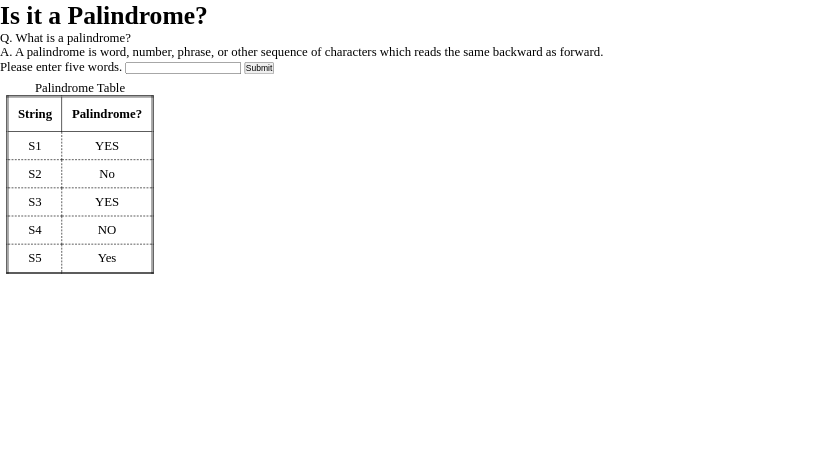
Repository: mlmEFSC21/P18-Palindrome-Table
Page: palindrome.html
These files come from the project's save history. The page is drawn as it stood at one moment and after the next save; the edit follows.
The browser window is 1280 px wide. The pictures show the whole page, at 64% of full size.

Above is the page before, as saved 2022-04-03 17:39:05.

After the next save:
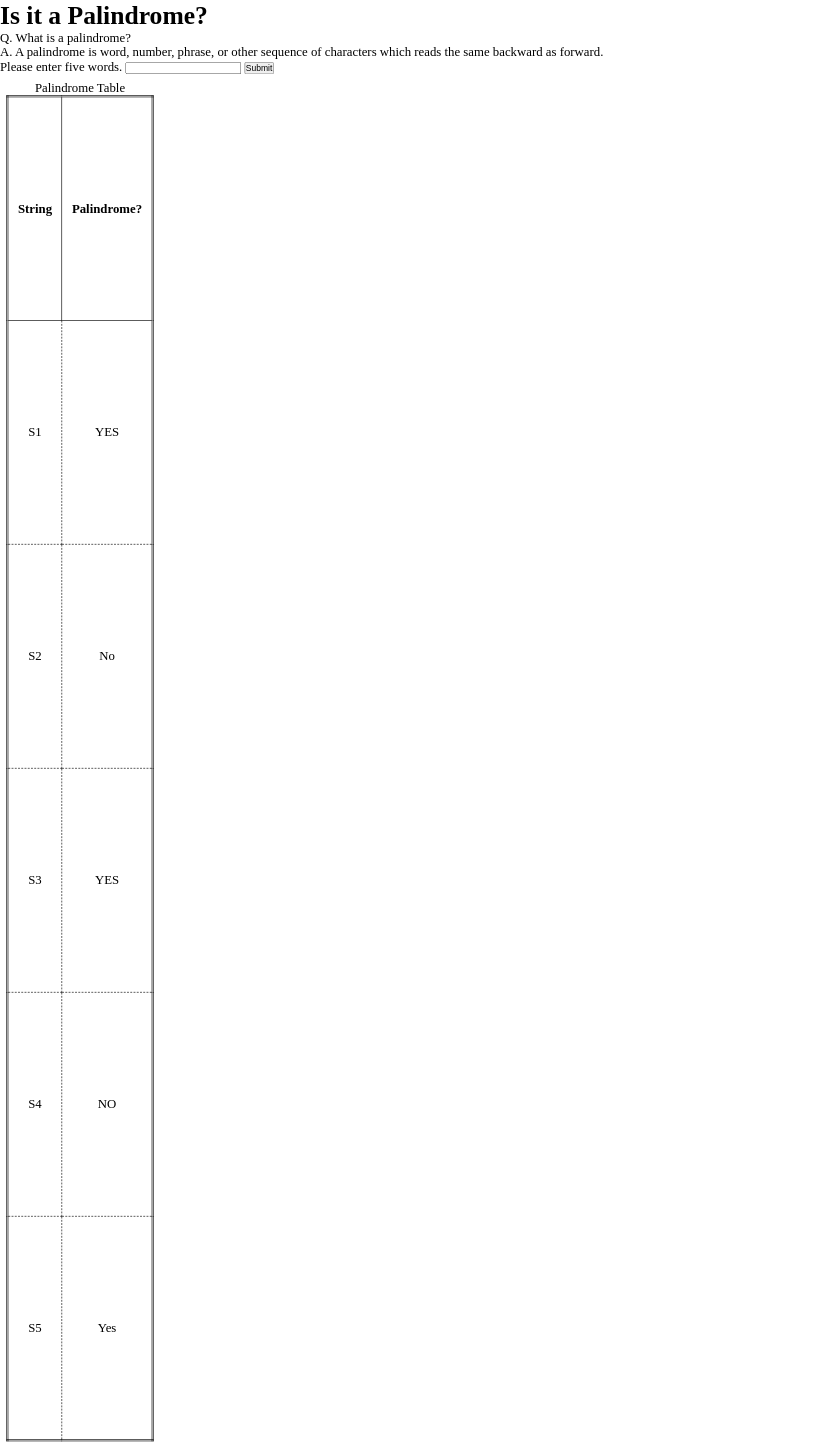
Saved 6 s later.
--- a/palindrome.css
+++ b/palindrome.css
@@ -22,7 +22,7 @@
 }
 tr,
 td {
-    height: 30px;
+    height: 350px;
     border: 1px dashed black;
     padding: 10px;
 }

After the save that followed:
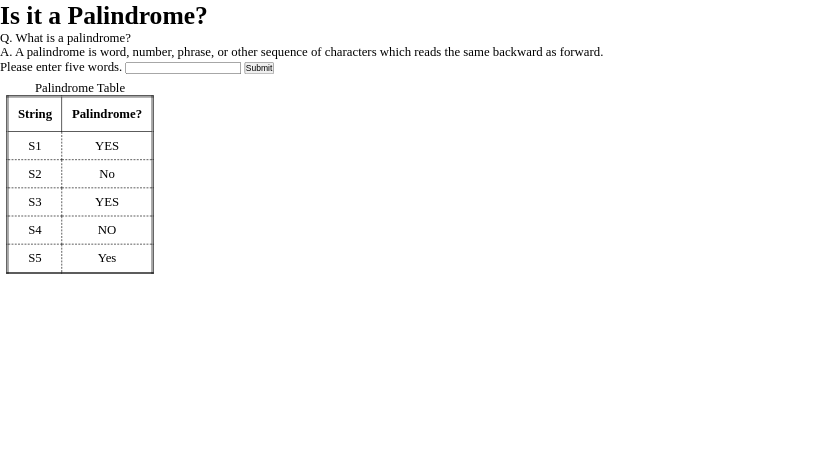
Saved 4 s later.
--- a/palindrome.css
+++ b/palindrome.css
@@ -22,7 +22,7 @@
 }
 tr,
 td {
-    height: 350px;
+    height: 30px;
     border: 1px dashed black;
     padding: 10px;
 }
